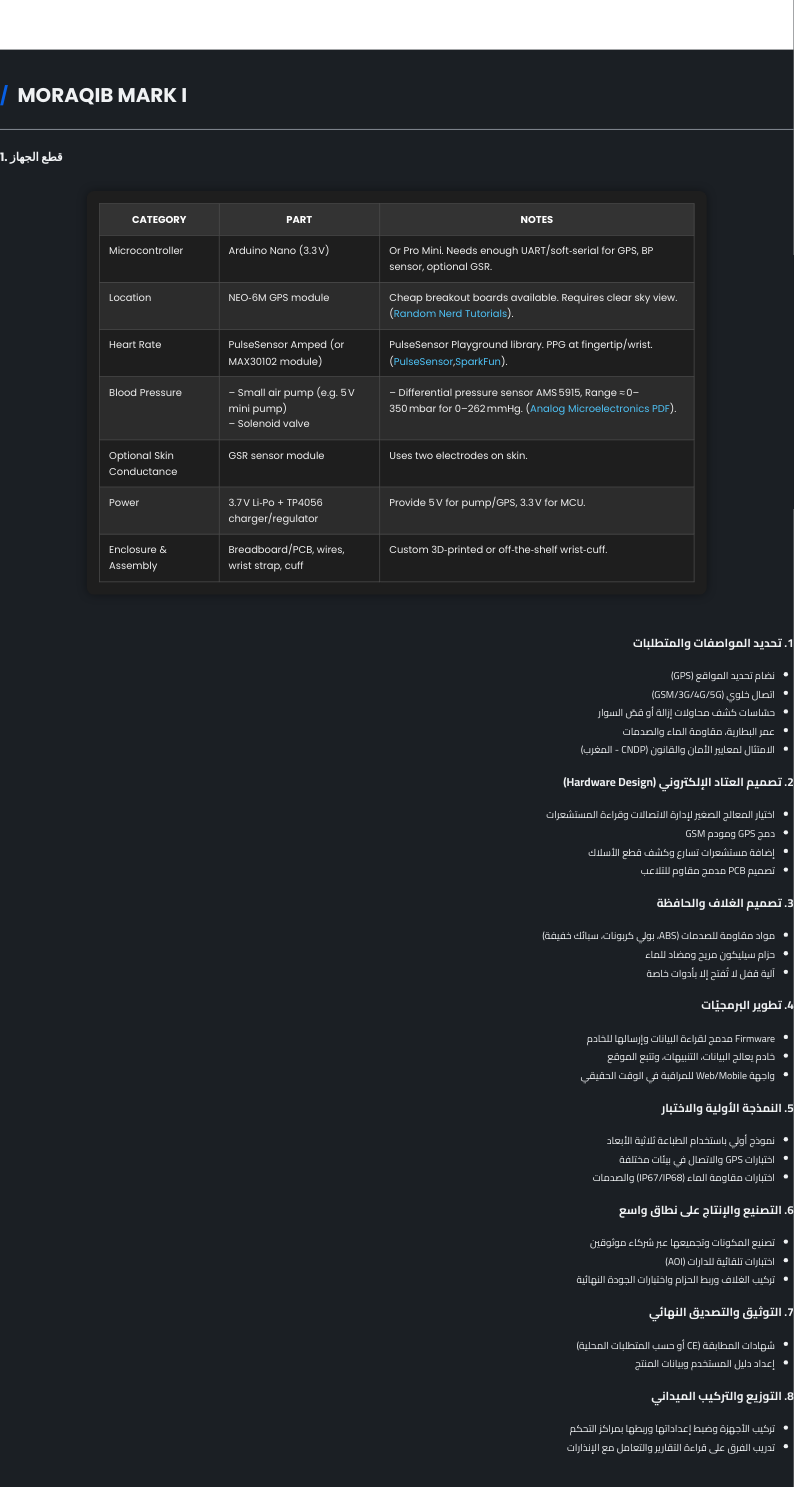
Repository: ayoubgharts/nextjs_protfolio
Page: /tutorials
These files come from the project's save history. The page is drawn as it stood at one moment and after a run of saves; the edit follows.
The browser window is 1280 px wide. The pictures show the whole page, at 62% of full size.
The project was rebuilt for these pictures with package versions that can differ from the ones it lists, and the page was loaded fresh each time. The framework's server and built-in components were replaced by stand-ins that run in the browser. Also part of the build but not shown: next.config.mjs.

Above is the page before, as saved 2025-06-01 00:59:17.

### src/app/tutorials/page.jsx
// pages/tutorials.js
import Link from "next/link";
import styles from "./tutorials.module.css";

import { Container } from "react-bootstrap";

import SectionTitle from "@/components/buttons/section-title/SectionTitle";

export default function Tutorials() {
  return (
    <main className={styles.tutorials}>
      <Container>
        <SectionTitle textContent={"MORAQIB mark I"} />

        <h3>1. قطع الجهاز</h3>

        <div className={styles.tableWrapper}>
      <table className={styles.partsTable}>
        <thead>
          <tr>
            <th>Category</th>
            <th>Part</th>
            <th>Notes</th>
          </tr>
        </thead>
        <tbody>
          <tr>
            <td>Microcontroller</td>
            <td>Arduino Nano (3.3 V)</td>
            <td>Or Pro Mini. Needs enough UART/soft‑serial for GPS, BP sensor, optional GSR.</td>
          </tr>
          <tr>
            <td>Location</td>
            <td>NEO‑6M GPS module</td>
            <td>
              Cheap breakout boards available. Requires clear sky view.
              (<a href="https://randomnerdtutorials.com/guide-to-neo-6m-gps-module-with-arduino/?utm_source=chatgpt.com" target="_blank">Random Nerd Tutorials</a>).
            </td>
          </tr>
          <tr>
            <td>Heart Rate</td>
            <td>PulseSensor Amped (or MAX30102 module)</td>
            <td>
              PulseSensor Playground library. PPG at fingertip/wrist.
              (<a href="https://pulsesensor.com/pages/code-and-guide?utm_source=chatgpt.com" target="_blank">PulseSensor</a>,
              <a href="https://www.sparkfun.com/pulse-sensor.html?utm_source=chatgpt.com" target="_blank">SparkFun</a>).
            </td>
          </tr>
          <tr>
            <td>Blood Pressure</td>
            <td>
              – Small air pump (e.g. 5 V mini pump)<br />– Solenoid valve
            </td>
            <td>
              – Differential pressure sensor AMS 5915, Range ≈ 0–350 mbar for 0–262 mmHg.
              (<a href="https://www.analog-micro.com/products/pressure-sensors/board-mount-pressure-sensors/ams5915/ams5915-an03.pdf?utm_source=chatgpt.com" target="_blank">Analog Microelectronics PDF</a>).
            </td>
          </tr>
          <tr>
            <td>Optional Skin Conductance</td>
            <td>GSR sensor module</td>
            <td>Uses two electrodes on skin.</td>
          </tr>
          <tr>
            <td>Power</td>
            <td>3.7 V Li‑Po + TP4056 charger/regulator</td>
            <td>Provide 5 V for pump/GPS, 3.3 V for MCU.</td>
          </tr>
          <tr>
            <td>Enclosure & Assembly</td>
            <td>Breadboard/PCB, wires, wrist strap, cuff</td>
            <td>Custom 3D‑printed or off‑the‑shelf wrist‑cuff.</td>
          </tr>
        </tbody>
      </table>
        </div>

        <div className={styles.project}>
          <h3>1. تحديد المواصفات والمتطلبات</h3>
          <ul>
            <li>نضام تحديد المواقع (GPS)</li>
            <li>اتصال خلوي (GSM/3G/4G/5G)</li>
            <li>حسّاسات كشف محاولات إزالة أو قصّ السوار</li>
            <li>عمر البطارية، مقاومة الماء والصدمات</li>
            <li>الامتثال لمعايير الأمان والقانون (CNDP - المغرب)</li>
          </ul>

          <h3>2. تصميم العتاد الإلكتروني (Hardware Design)</h3>
          <ul>
            <li>اختيار المعالج الصغير لإدارة الاتصالات وقراءة المستشعرات</li>
            <li>دمج GPS ومودم GSM</li>
            <li>إضافة مستشعرات تسارع وكشف قطع الأسلاك</li>
            <li>تصميم PCB مدمج مقاوم للتلاعب</li>
          </ul>

          <h3>3. تصميم الغلاف والحافظة</h3>
          <ul>
            <li>مواد مقاومة للصدمات (ABS، بولي كربونات، سبائك خفيفة)</li>
            <li>حزام سيليكون مريح ومضاد للماء</li>
            <li>آلية قفل لا تُفتح إلا بأدوات خاصة</li>
          </ul>

          <h3>4. تطوير البرمجيّات</h3>
          <ul>
            <li>Firmware مدمج لقراءة البيانات وإرسالها للخادم</li>
            <li>خادم يعالج البيانات، التنبيهات، وتتبع الموقع</li>
            <li>واجهة Web/Mobile للمراقبة في الوقت الحقيقي</li>
          </ul>

          <h3>5. النمذجة الأولية والاختبار</h3>
          <ul>
            <li>نموذج أولي باستخدام الطباعة ثلاثية الأبعاد</li>
            <li>اختبارات GPS والاتصال في بيئات مختلفة</li>
            <li>اختبارات مقاومة الماء (IP67/IP68) والصدمات</li>
          </ul>

          <h3>6. التصنيع والإنتاج على نطاق واسع</h3>
          <ul>
            <li>تصنيع المكونات وتجميعها عبر شركاء موثوقين</li>
            <li>اختبارات تلقائية للدارات (AOI)</li>
            <li>تركيب الغلاف وربط الحزام واختبارات الجودة النهائية</li>
          </ul>

          <h3>7. التوثيق والتصديق النهائي</h3>
          <ul>
            <li>شهادات المطابقة (CE أو حسب المتطلبات المحلية)</li>
            <li>إعداد دليل المستخدم وبيانات المنتج</li>
          </ul>

          <h3>8. التوزيع والتركيب الميداني</h3>
          <ul>
            <li>تركيب الأجهزة وضبط إعداداتها وربطها بمراكز التحكم</li>
            <li>تدريب الفرق على قراءة التقارير والتعامل مع الإنذارات</li>
          </ul>

        </div>
      </Container>
    </main>
  );
}

### src/app/globals.css

/*? import google font 'Poppins' */
@import url('https://fonts.googleapis.com/css2?family=Poppins:wght@100;200;300;400;500;600;700&family=Raleway:ital,wght@0,100..900;1,100..900&display=swap');

/*? all variables */
:root {
  /*. Web colors vars */
  --dark:      #1b1f24;
  --dark-fixed:      #1b1f24;
  --dark-300:  #23282f;
  --dark-400:  #2b323b;
  --dark-300-opacity:  #23282fab;
  --dark-400-opacity:  #2b323bb0;
  --dark-300-fixed:#282c31;
  --dark-500:  #333c47;
  --dark-600:  #4d5a6a;
  --dark-700:  #778392;
  --dark-800:  #9da6b3;

  --light:     #f0f2f4;
  --light-fixed:     #f0f2f4;
  --light-300: #454649;
  --light-400: #c3cad5;
  --light-500: #8895aa;

  --primary:   #075fe4;
  --primary-dark:   #12499c;
  --primary-light:   #6b93cf;
  --success:   #11845b;
  --danger:    #c6303e;
  --danger-dark:    #992934;
  --warning:   #fd7e14;

  --purple:    #4c0bce;
  --purple-dark:    #330f7c;
  --violet:    #712cf9;
  --pink:    #f92c8c;
  --yellow:    #ffc107;
  --green:     #198754;
  --teal:      #20c997;
  --cyan:      #0dcaf0;

  /*. Mobile Var Colors */
  --mobile-dark:      #1b1f24;
  --mobile-light:     #f0f2f4;
  --mobile-dark-300:  #23282f;
  --mobile-dark-500:  #333c47;
  --mobile-dark-700:  #778392;



  /*. transitions vars */
  --trans-03: all ease .3s;
  --trans-05: all ease .5s;

  /*. border radius vars */
  --br-8: 8px;
  --br-50: 50px;

  /*. padding global default */
  --container-120: 0 120px;
  --container-60: 0 60px;
  --container-20: 0 20px;

  /*. buttons vars */
  --btn-padding: 10px 25px;
  --btn-font-size: 1.2rem;
  --btn-font-media: 0.9rem;
  --light-btn:#f0f2f4;

}


/* Light mode overrides */
.light-mode {

  /*. web switch colors */
  --dark:       #e0e3e6;
  --dark-300:  #cdd6e2;
  --dark-400:  #c7cfd8;
  --dark-300-opacity:  #b6bfccab;
  --dark-400-opacity:  #b5bfccb0;
  --dark-500:   #c2c8d3;
  --dark-600:  #4d5a6a;
  --dark-700:  #eff3f7;
  --dark-800:  #757c85;

  --light:     #1b1f24;
  --light-300: #dde1e9;
  --light-400: #c3cad5;
  --light-500: #8895aa;

  /*. mobile switch colors */
  --mobile-dark:      #f0f2f4;
  --mobile-light:     #1b1f24;
  --mobile-dark-500:  #b5bcc4;
  --mobile-dark-700:  #778392;
  --mobile-dark-300:  #e4e7ec;
}


/*? Global Styles */
*{
  font-family: "Poppins", sans-serif;
  box-sizing: border-box;
  padding: 0;
  margin: 0;
}

body {
  font-family: "Poppins", sans-serif;
  box-sizing: border-box;
  padding: 0;
  margin: 0;
}

/*? Normalise */
a, Link{
  color: var(--cyan);
  text-decoration: none !important;
}
ul{
  list-style: none;
  margin: 0;
  padding: 0;
}
ul li{
  margin: 0;
  padding: 0;
}
h1, h2, h3, h4, h5{
  margin: 0;
  padding: 0;
}

i{
  margin: 0;
  padding: 0;
}

.container{
  transition: var(--trans-03);
}

### src/app/tutorials/tutorials.module.css

/*? import google font 'Cairo' */
@import url('https://fonts.googleapis.com/css2?family=Cairo:wght@200..1000&display=swap');


.tutorials{
    margin-top: 80px;
    background: var(--dark);
    padding: 50px 0;
    transition: var(--trans-03);
    text-align: start;
    color: var(--light);
}

.button{
    outline: none;
    border: none;
    background: var(--primary);
    color: var(--light-fixed);
    width: 100%;
    padding: 15px 25px;
    border-radius: 10px;
    margin-top: 30px;
    transition: var(--trans-03);
}

.button:hover{
    background: var(--primary-dark);
}

.project{
    display: flex;
    flex-direction: column;
    width: 100%;
    direction: rtl;
}
.project h3{
    margin: 20px 0;
    font-family: "Cairo";
}
.project ul li{
    font-family: "Cairo";
    list-style-type: disc;
    margin-right: 30px;
}



.tableWrapper {
  margin: 40px auto;
  padding: 20px;
  background-color: #1e1e1e;
  border-radius: 12px;
  box-shadow: 0 0 15px rgba(0, 0, 0, 0.4);
  max-width: 1000px;
  color: #f0f0f0;
}

.partsTable {
  width: 100%;
  border-collapse: collapse;
  text-align: start;
  font-size: 16px;
  line-height: 1.6;
}

.partsTable th,
.partsTable td {
  border: 1px solid #555;
  padding: 12px 15px;
  vertical-align: top;
}

.partsTable thead th {
  background-color: #333;
  color: #fff;
  font-weight: bold;
  text-transform: uppercase;
}

.partsTable tbody tr:nth-child(even) {
  background-color: #2c2c2c;
}

.partsTable a {
  color: #4fc3f7;
  text-decoration: none;
}

.partsTable a:hover {
  text-decoration: underline;
}

### src/components/buttons/section-title/SectionTitle.jsx
import styles from './title.module.css';

export default function SectionTitle({textContent}){
    return(
        <h2 className={styles.h2}>
            {textContent}
        </h2>
    )
}

### src/components/buttons/section-title/title.module.css
.h2{
    font-size: 2rem;
    font-weight: 700;
    text-transform: uppercase;
    color: var(--light);
    width: 100%;
    border-bottom: solid 1.2px var(--light-400);
    margin-bottom: 30px;
    padding-bottom: 30px;
}

.h2::before{
    content: '/';
    color: var(--primary);
    margin-right: 15px;
    font-size: 1.8rem;
}

Loaded but not shown: src/app/layout.js (common file)

After the next 2 saves:
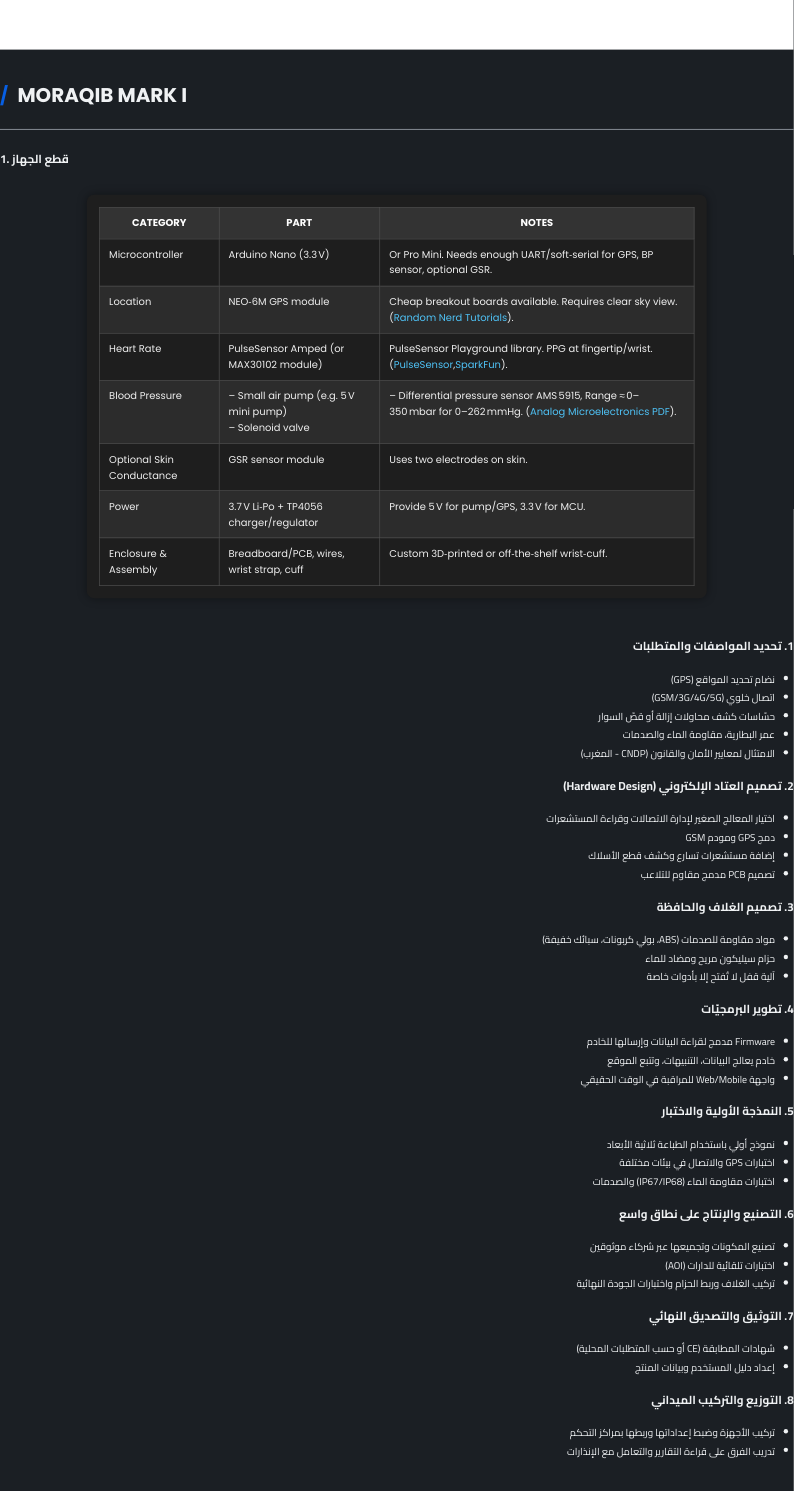
The 2 saves are shown as one change because they came seconds apart.
The last was saved 23 s later.
--- a/src/app/tutorials/tutorials.module.css
+++ b/src/app/tutorials/tutorials.module.css
@@ -35,6 +35,10 @@
     direction: rtl;
 }
 .project h3{
+    margin: 20px 0;
+    font-family: "Cairo";
+}
+ h3{
     margin: 20px 0;
     font-family: "Cairo";
 }
